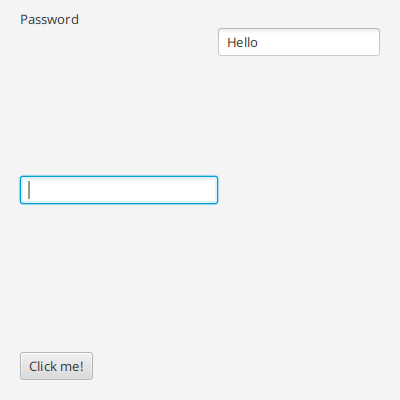
Repository: Tomcat-Seaotter/Java
Program's window: java code14/Lesson41/src/application/Lesson42.java
The author's editor kept a copy of each file at every save. The program's window is drawn from the files as they stood at one save, then again after the next save.
It runs on Java 21 on a 1366 x 768 screen with JavaFX 11; the title bar is not drawn.

Above is the program's window before, as saved 2018-12-21 23:10:05.

### code14/Lesson41/src/application/Lesson42.java
package application;

import javafx.application.Application;
import javafx.geometry.Insets;
import javafx.scene.Scene;
import javafx.scene.control.Button;
import javafx.scene.control.Label;
import javafx.scene.control.TextField;
import javafx.scene.layout.BorderPane;
import javafx.stage.Stage;

public class Lesson42 extends Application {

	@Override
	public void start(Stage stage) throws Exception {
		// TODO Auto-generated method stub
		Label lab1 = new Label();
		lab1.setText("UserName");
		Label lab2 = new Label();
		lab1.setText("Password");
		TextField tx1 = new TextField();
		TextField tx2 = new TextField("Hello");
		Button btn1 = new Button("Click me!");
		BorderPane pane1 = new BorderPane();
		pane1.setPadding(new Insets(10,20,20,20));
		pane1.setTop(lab1);
		pane1.setLeft(lab2);
		pane1.setCenter(tx1);
		pane1.setRight(tx2);
		pane1.setBottom(btn1);
		Scene scene1 = new Scene(pane1,400,400);
		stage.setTitle("BorderPane");
		stage.setScene(scene1);
		stage.show();
	}

	public static void main(String[] args) {
		// TODO Auto-generated method stub
		Application.launch(args);

	}

}

After the next save:
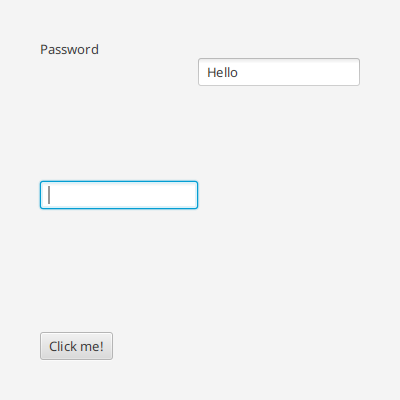
Saved 30 s later.
--- a/code14/Lesson41/src/application/Lesson42.java
+++ b/code14/Lesson41/src/application/Lesson42.java
@@ -22,7 +22,7 @@
 		TextField tx2 = new TextField("Hello");
 		Button btn1 = new Button("Click me!");
 		BorderPane pane1 = new BorderPane();
-		pane1.setPadding(new Insets(10,20,20,20));
+		pane1.setPadding(new Insets(40,40,40,40));
 		pane1.setTop(lab1);
 		pane1.setLeft(lab2);
 		pane1.setCenter(tx1);
